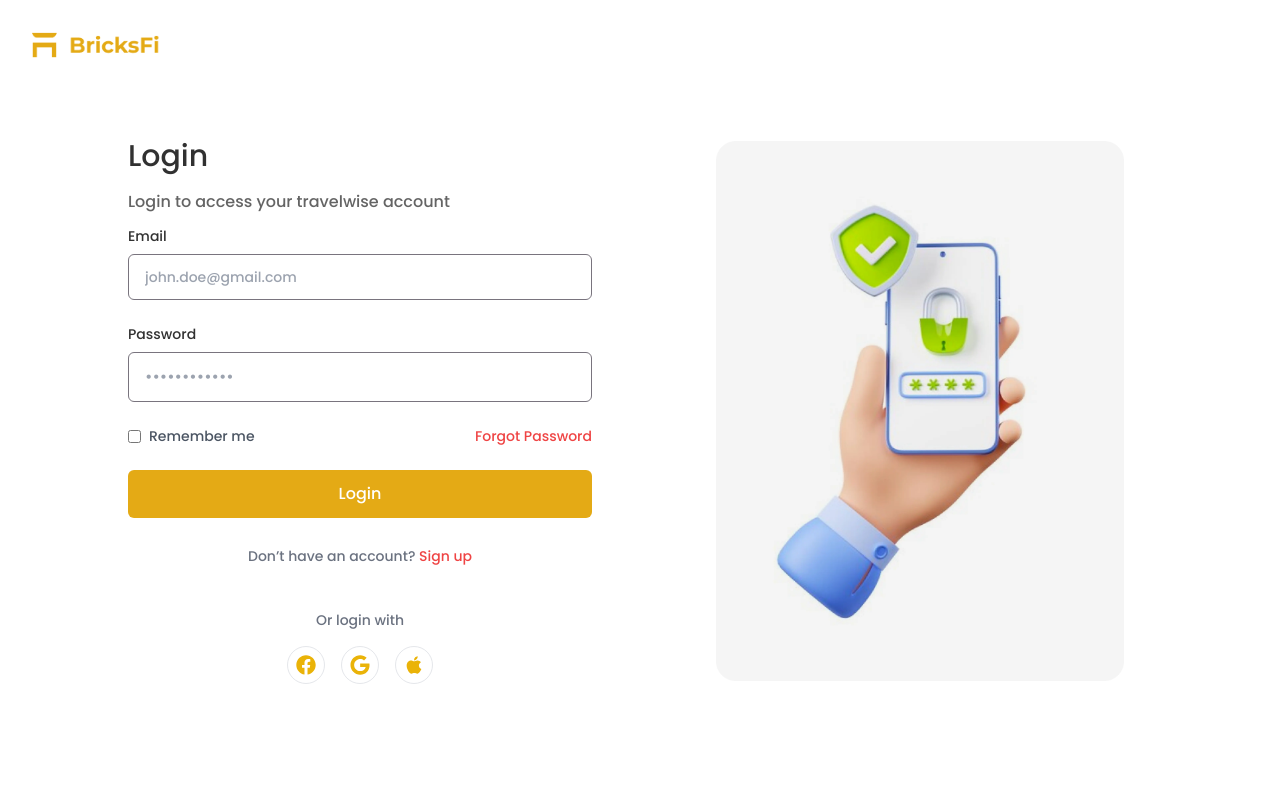
Repository: AyomideAkintade/BricksFi-Frontend
Page: /login (app in client/)
The author's editor kept a copy of each file at every save. The page is drawn from the files as they stood at one save, then again after the next save.
The browser window is 1280 px wide. The pictures show the whole page.
The project was rebuilt for these pictures with package versions that can differ from the ones it lists, and the page was loaded fresh each time. Also part of the build but not shown: client/src/components/navbar.jsx, client/src/components/home.jsx, client/src/components/homeSecond.jsx, client/src/components/homeThird.jsx, client/src/components/homeFifth.jsx, client/src/components/homeSixth.jsx, client/src/components/homeSeventh.jsx, client/src/components/signup.jsx and 14 more.

Above is the page before, as saved 2024-10-04 22:08:06.

### client/src/index.css
@import "tailwindcss/base";
@import "tailwindcss/components";
@import "tailwindcss/utilities";


@font-face {
  font-family: Poppins;
  src: url(/src/assets/fonts/Poppins-Regular.ttf) format("truetype");
  src: url(/src/assets/fonts/Poppins-Bold.ttf) format("truetype");
  src: url(/src/assets/fonts/Poppins-Medium.ttf) format("truetype");

}

### client/src/App.js
import { BrowserRouter as Router, Route, Routes } from "react-router-dom";
import Home from "./pages/homePage";
import HomeFourth from "./components/login.jsx";
import HomeEight from "./components/signup.jsx";
import ForgotPasswordPage from "./components/forgotPassword.jsx";
import DashboardLayout from "./pages/dashboardLayout";
import DashboardPage from "./pages/dashboard.jsx";
import PieAnalytics from "./components/analytics.jsx";
import Discover from "./components/discover.jsx";
import SavedPropertyPage from "./components/savedProperties.jsx";
// import DiscoverPage from "./pages/discover.jsx";
// import SavedPropertyPage from "./pages/savedProperty.jsx";

function App() {
  return (
    <Router>
      <Routes>
        {/* Public Routes */}
        <Route path="/" element={<Home />} />
        <Route path="/login" element={<HomeFourth />} />
        <Route path="/signup" element={<HomeEight />} />
        <Route path="/forgot-password" element={<ForgotPasswordPage />} />

        {/* Dashboard Routes with Sidebar and Header */}
        <Route path="/dashboard" element={<DashboardLayout />}>
          <Route index element={<DashboardPage />} />
          <Route path="discover" element={<Discover/>} />
          <Route path="saved-property" element={<SavedPropertyPage/>} />
          <Route path="analytics" element={<PieAnalytics />} />
        </Route>
      </Routes>
    </Router>
  );
}

export default App;

### client/src/components/login.jsx
import React from "react";
import { FaFacebook, FaGoogle, FaApple } from "react-icons/fa";
import BricksFi from '../assets/bricksfi.png'
import LoginImage from './../assets/login-image.webp';
import { Link, useNavigate } from "react-router-dom";

const LoginPage = () => {
  const navigate = useNavigate(); // Initialize the useNavigate hook

  const handleSignUpClick = () => {
    navigate("/signup");
  };
  const handleLoginClick = () => {
    navigate("/dashboard");
  };
  const forgotPassword = () => {
    navigate("/forgot-password");
  };
  return (
    <div className="min-h-screen bg-white font-Poppins">
      <div className="bg-white rounded-lg w-full flex md:flex-row">
        {/* Left side: Form section */}
        <div className="w-full p-8">
          <div className="">
            <img
              src={ BricksFi}
              alt="BricksFi Logo"
              className="w-32 mr-2"
            />
            {/* <h1 className="text-2xl font-bold text-yellow-500">BricksFi</h1> */}
          </div>

          <div className="flex p-12 w-full items-center">

          <div className="w-1/2 px-12 py-8 flex flex-col gap-3 text-[#313131]">
            <div className="flex flex-col gap-4">
              <div className="text-3xl font-regular">Login</div>
              <div className="text-[#313131] text-base opacity-75">Login to access your travelwise account</div>
            </div>

            <form className="flex flex-col gap-6">
              <div className="">
                <label className="block text-sm font-medium mb-2">Email</label>
                <input
                  type="email"
                  placeholder="john.doe@gmail.com"
                  className="w-full px-4 py-3 border-[1px] text-sm rounded-md outline-none border-[#79747E]"
                />
              </div>
              <div className="">
                <label className="block text-sm mb-2">Password</label>
                <input
                  type="password"
                  placeholder="••••••••••••"
                  className="w-full px-4 py-3 border-[1px] rounded-md outline-none border-[#79747E]"
                />
              </div>

              <div className="flex items-center justify-between">
                <label className="flex items-center">
                  <input
                    type="checkbox"
                    className="form-checkbox text-yellow-500"
                  />
                  <span className="ml-2 text-sm text-gray-600">Remember me</span>
                </label>


                <Link to={"/forgot-password"} className="text-sm text-red-500 hover:underline">
                  Forgot Password
                </Link>
              </div>

              <button  onClick={handleLoginClick} className="w-full bg-[#E4AA15] text-white py-3 rounded-md  transition duration-200">
                Login
              </button>
            </form>


            <div className="mt-4 text-center">
              <p className="text-sm text-gray-500">
                Don’t have an account?{" "}
                <a onClick={handleSignUpClick} href="#" className="text-red-500 hover:underline">
                  Sign up
                </a>
              </p>
            </div>


            <div className="mt-8 text-center">
              <p className="text-sm text-gray-500 mb-4">Or login with</p>
              <div className="flex justify-center space-x-4">
                <button className="p-2 border rounded-full text-yellow-500 hover:bg-gray-100 transition duration-200">
                  <FaFacebook size={20} />
                </button>
                <button className="p-2 border rounded-full text-yellow-500 hover:bg-gray-100 transition duration-200">
                  <FaGoogle size={20} />
                </button>
                <button className="p-2 border rounded-full text-yellow-500 hover:bg-gray-100 transition duration-200">
                  <FaApple size={20} />
                </button>
              </div>
            </div>
          </div>

                  {/* Right side: Image section */}
          <div className="w-1/2 p-2 flex justify-center">
            <img
              src={LoginImage}
              alt="Secure Login Illustration"
              className="w-3/4"
            />
          </div>

          </div>

          </div>


      </div>
    </div>
  );
};

export default LoginPage;

### client/tailwind.config.js
/** @type {import('tailwindcss').Config} */
module.exports = {
  content: ["./src/**/*.{html,js,jsx}"],
  theme: {
    extend: {
      fontFamily: {
        Poppins: ['Poppins'],
      }
    },
    screens: {
      sm: '640px',
      // => @media (min-width: 640px) { ... }

      md: '768px',
      // => @media (min-width: 768px) { ... }

      lg: '1024px',
      // => @media (min-width: 1024px) { ... }

      xl: '1280px',
      // => @media (min-width: 1280px) { ... }

      '2xl': '1536px',
      // => @media (min-width: 1536px) { ... }
      'custombp': {'raw': '(min-height: 375px),(min-width:768px)'}
    },
  },
  plugins: [],
}

Loaded but not shown: client/public/index.html (common file); client/src/index.js (common file); client/src/reportWebVitals.js (common file)

After the next save:
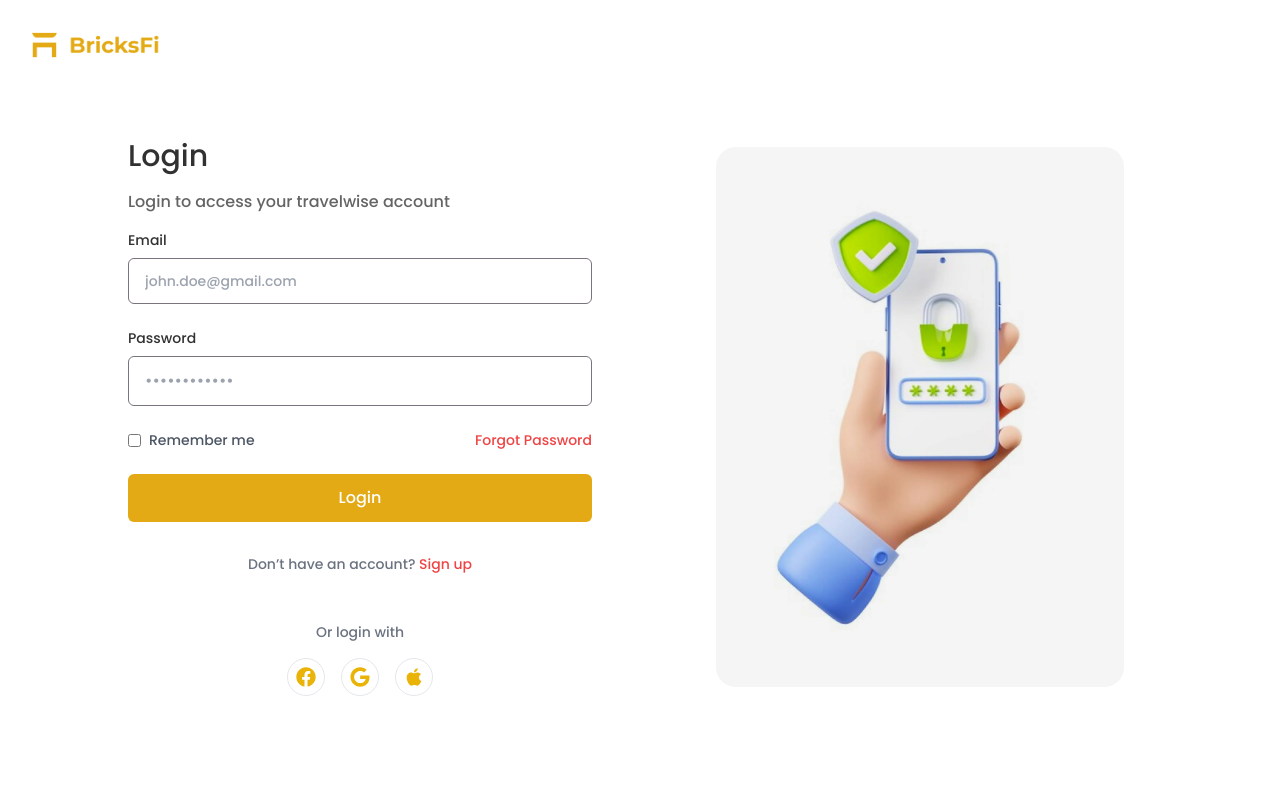
Saved 5 s later.
--- a/client/src/components/login.jsx
+++ b/client/src/components/login.jsx
@@ -32,7 +32,7 @@ const LoginPage = () => {
 
           <div className="flex p-12 w-full items-center">
 
-          <div className="w-1/2 px-12 py-8 flex flex-col gap-3 text-[#313131]">
+          <div className="w-1/2 px-12 py-8 flex flex-col gap-4 text-[#313131]">
             <div className="flex flex-col gap-4">
               <div className="text-3xl font-regular">Login</div>
               <div className="text-[#313131] text-base opacity-75">Login to access your travelwise account</div>
